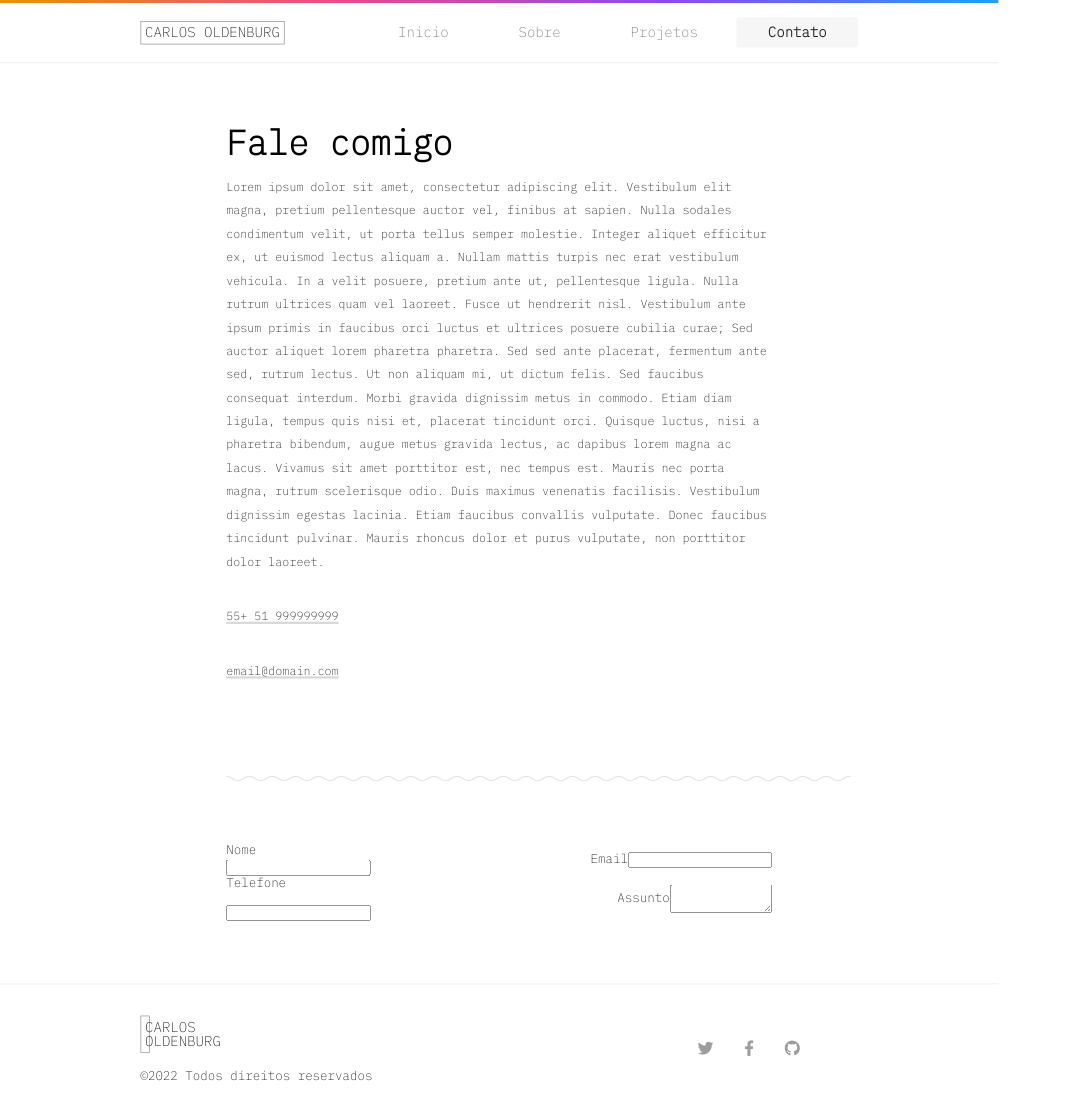
Repository: Carolden/PortfolioCrie
Page: contact.html
These files come from the project's save history. The page is drawn as it stood at one moment and after the next save; the edit follows.
The browser window is 1280 px wide. The page is 1380 px wide, so the pictures cover 1380 px, including what lies to the right of the window. The pictures show the whole page, at 78% of full size.

Above is the page before, as saved 2023-05-25 13:16:44.

After the next save:
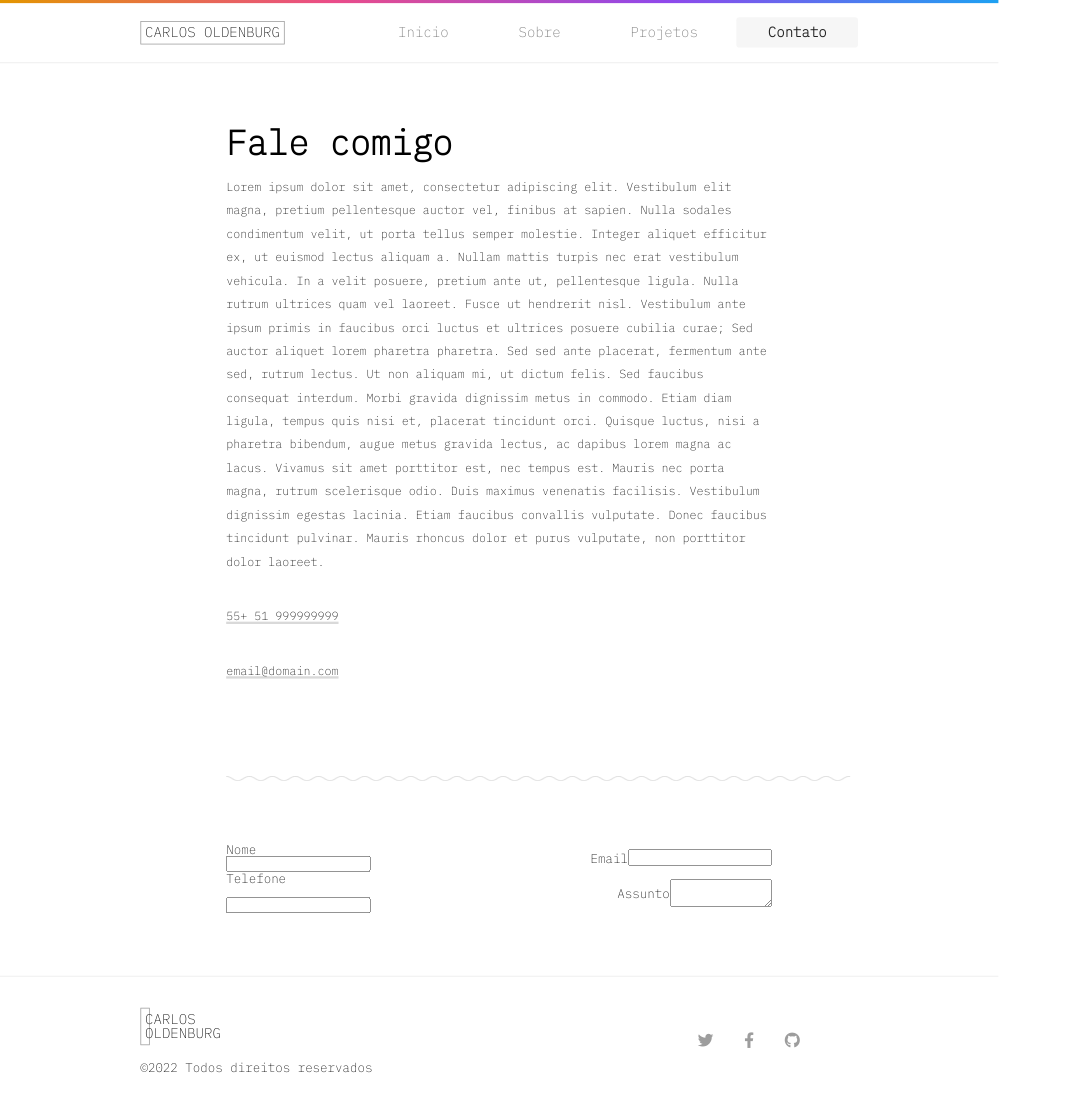
Saved 13 s later.
--- a/styles/components/contact.css
+++ b/styles/components/contact.css
@@ -18,8 +18,3 @@
     flex-direction: column;
     align-items: flex-start;
 }
-
-.label {
-    display: block;
-    margin-bottom: 5px;
-}
